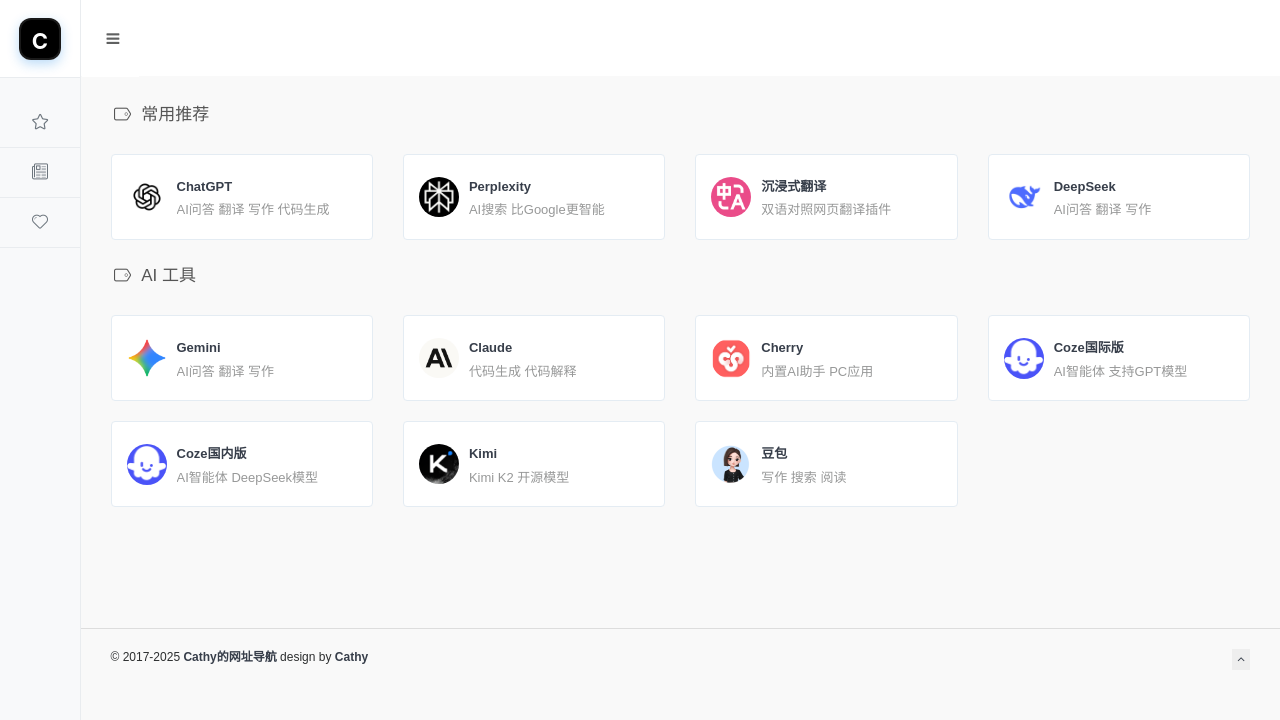
Repository: SweetPomelo0/AINav
Page: cn/index.html
These files come from the project's save history. The page is drawn as it stood at one moment and after the next save; the edit follows.
The browser window is 1280 px wide. The pictures show the whole page.

Above is the page before, as saved 2025-07-24 23:59:42.

After the next save:
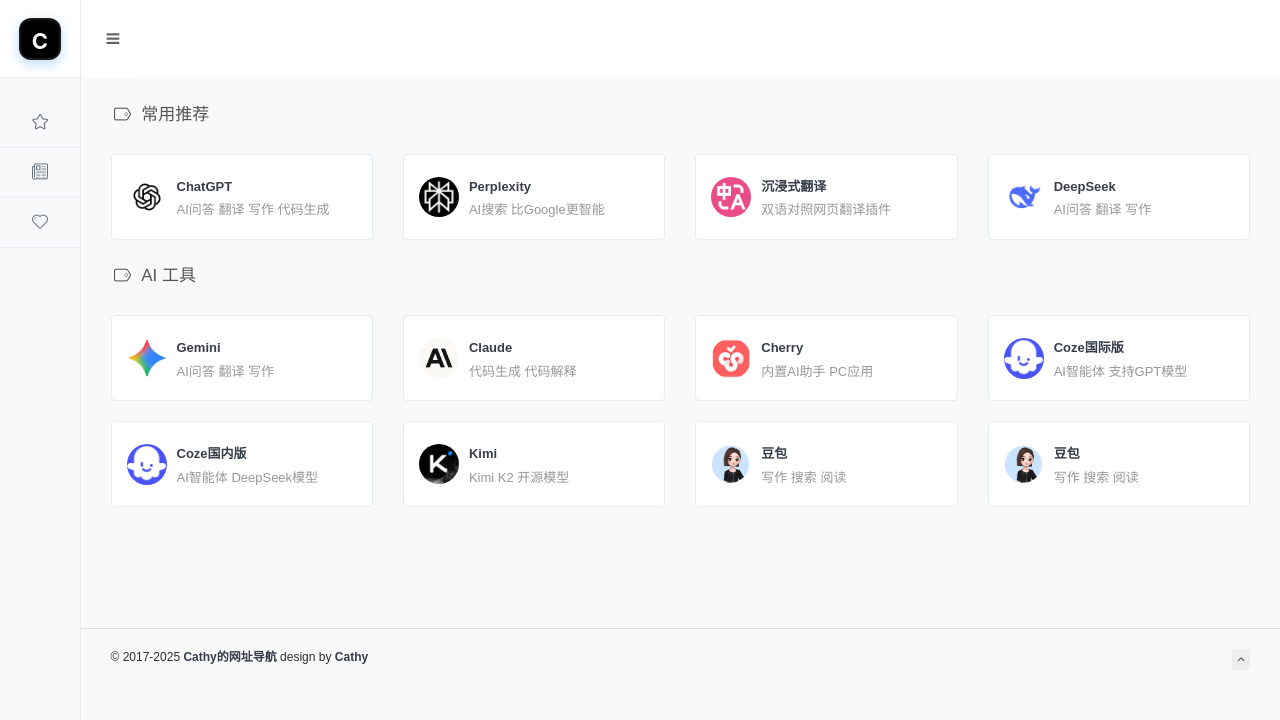
Saved 35 s later.
--- a/cn/index.html
+++ b/cn/index.html
@@ -456,6 +456,22 @@
                     </div>
                 </div>
 
+                <!-- 豆包 -->
+             <div class="col-sm-3">
+                    <div class="xe-widget xe-conversations box2 label-info" onclick="window.open('https://www.doubao.com/', '_blank')" data-toggle="tooltip" data-placement="bottom" title="" data-original-title="https://www.doubao.com/">
+                        <div class="xe-comment-entry">
+                            <a class="xe-user-img">
+                                <img data-src="../assets/images/logos/doubao.png" class="lozad img-circle" width="40">
+                            </a>
+                            <div class="xe-comment">
+                                <a href="#" class="xe-user-name overflowClip_1">
+                                    <strong> 豆包</strong>
+                                </a>
+                                <p class="overflowClip_2">写作 搜索 阅读</p>
+                            </div>
+                        </div>
+                    </div>
+                </div>
         </div>
         <br />
         <!-- END AI工具 -->
